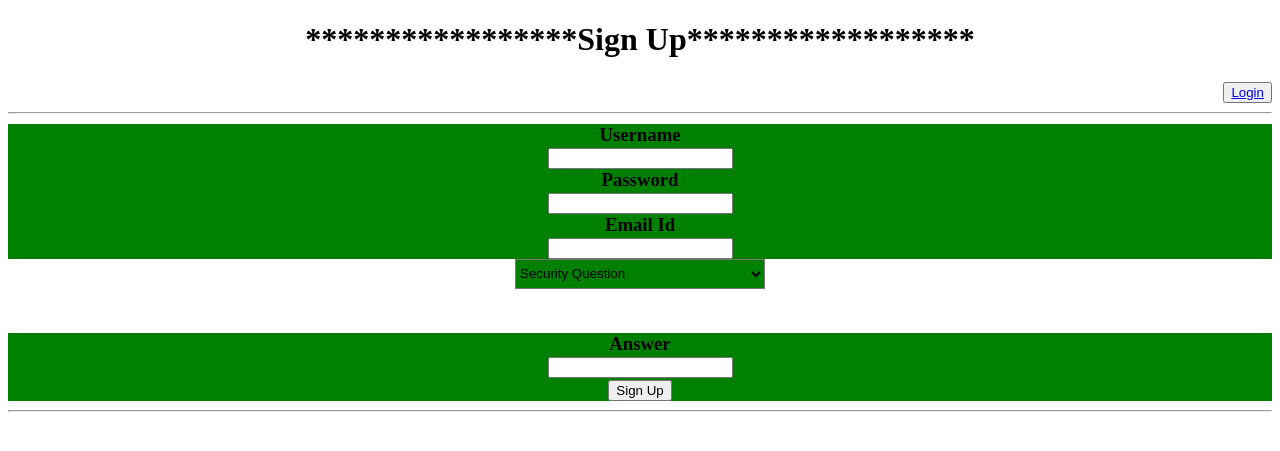
Repository: ShikhaRawat6/mail_simulation
Page: http://localhost/Mail_Simulation/WEB-INF/view/registration.jsp
The author's editor kept a copy of each file at every save. The page is drawn from the files as they stood at one save, then again after the next save.
The browser window is 1280 px wide. The pictures show the whole page.
The page is served by Tomcat 9. Nobody is signed in. The template is opened directly, without the code that normally fills it, so the values that code supplies are empty.

Above is the page before, as saved 2020-01-30 14:20:11.

After the next save:
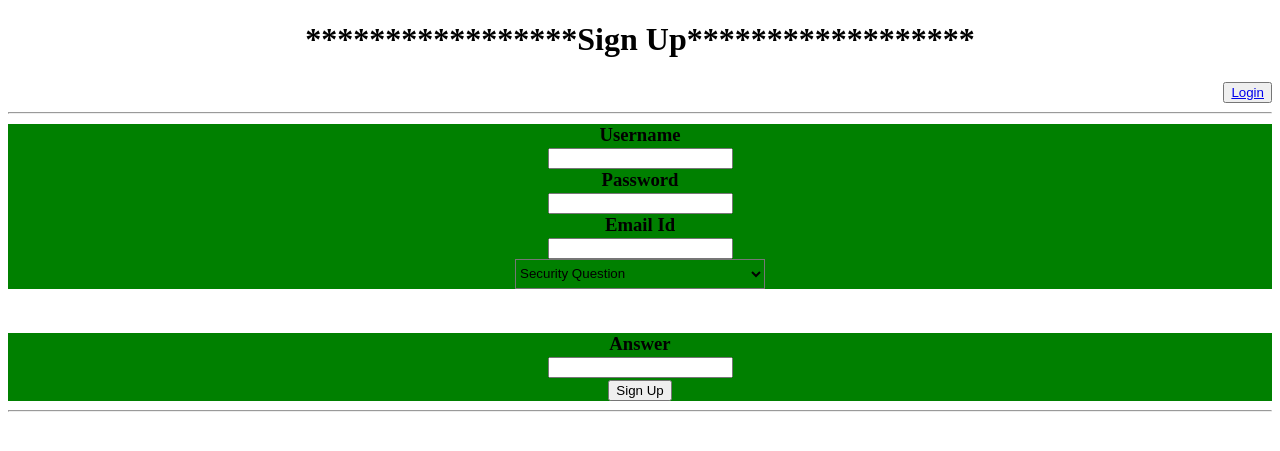
Saved 12 s later.
--- a/Mail_Simulation/WebContent/WEB-INF/view/registration.jsp
+++ b/Mail_Simulation/WebContent/WEB-INF/view/registration.jsp
@@ -35,7 +35,7 @@
 
 				 </label> <br> <input type="text" name="scrqn" id="scrqn" required="required">
 			</div> -->
-			<div>
+			<div style="background-color: green";>
 			<select name='scrqn' id='scrqn' required="required" style="width: 250px; height: 30px; background-color: green";>
 			<option value='' selected disabled style="background-color: green";>Security Question</option>
 			<option value="1">What's your pet name?</option>
